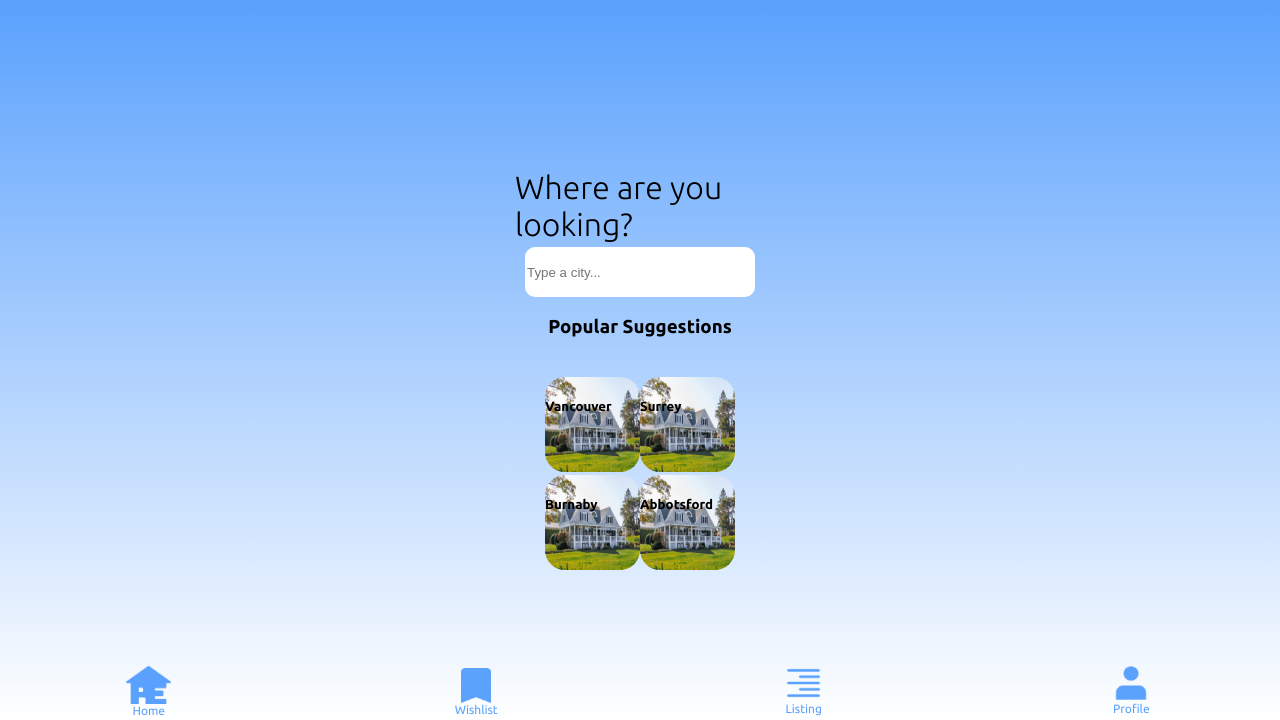
Repository: msyukurrr/realeasy
Page: /listing
The author's editor kept a copy of each file at every save. The page is drawn from the files as they stood at one save, then again after the next save.
The browser window is 1280 px wide. The pictures show the whole page.
The project was rebuilt for these pictures with package versions that can differ from the ones it lists, and the page was loaded fresh each time. The framework's server and built-in components were replaced by stand-ins that run in the browser. Also part of the build but not shown: next.config.js, components/Button.js.

Above is the page before, as saved 2023-01-27 20:38:39.

### pages/listing.js
import Heading from "../components/Heading";
import NavBar from "../components/NavBar";
import styles from "../styles/Home.module.css"
import MainButton from "../components/Button.js";
import styled from "styled-components";



export default function Listing({

}){
    return(
        <><div className={styles.listing}>

        <Heading headingtxt="Where are you looking?"/>

        <input placeholder="Type a city..." style={{width:230, height:50, borderRadius:10, backgroundColor:"white", border:'transparent'}}></input>

        <h3>Popular Suggestions</h3>

    <div>

        <div style={{display:'flex', flexDirection:'row', paddingTop:20}}>
            <div>
                <h5 style={{display:'flex', position:'absolute'}}>Vancouver</h5>
                <img src="house.png" style={{width:95, height:95, borderRadius:20}}/>

            </div>

            <div>
                <h5 style={{display:'flex', position:'absolute'}}>Surrey</h5>
                <img src="house.png" style={{width:95, height:95, borderRadius:20}}/>

            </div>
        </div>

        <div style={{display:'flex', flexDirection:'row'}}>
            <div>
                <h5 style={{display:'flex', position:'absolute'}}>Burnaby</h5>
                <img src="house.png" style={{width:95, height:95, borderRadius:20}}/>

            </div>

            <div>
                <h5 style={{display:'flex', position:'absolute'}}>Abbotsford</h5>
                <img src="house.png" style={{width:95, height:95, borderRadius:20}}/>

            </div>
        </div>

    </div>






        </div>
        <NavBar></NavBar>

        </>
    )
}

### styles/globals.css
@import url('https://fonts.googleapis.com/css2?family=Ubuntu:ital,wght@0,300;0,400;0,500;0,700;1,300;1,400;1,500;1,700&display=swap');

html,
body {
  padding: 0;
  margin: 0;
  font-family: "Ubuntu", sans-serif;
  background-color: #E6EEF8;
}

a {
  color: inherit;
  text-decoration: none;
}

* {
  box-sizing: border-box;
}

@media (prefers-color-scheme: dark) {
  html {
    color-scheme: dark;
  }
  body {
    color: white;
    background: E6EEF8;
  }
}

### components/Heading.js
import styled from "styled-components";

const Container = styled.div`
display: flex;
margin-left: 50px;
width: 300px;
height: 100px;

`

const Word = styled.h1`

color: ${props=>props.color};
font-weight: ${props=>props.fontweight};
`

export default function Heading({
    h1="Recommended by people around you",
    fw="300",
    color="#5AA1FD",
    headingtxt="Recommended by people around you"
}){
    return<>
    <Container>
    <Word fontweight={fw}
    >{headingtxt}</Word>
    </Container>
    </>
}

### components/NavBar.js
import styled from "styled-components";
import Link from "next/link";

const NavBarCont = styled.div`
position: fixed;
bottom: 0;
width: 100%;
`
const NavCont = styled.nav`
display: flex;
justify-content: space-around;
width: 100%;
background-color: transparent;
height: 60px;
`
const HomeCont = styled.div`
width: 50px;
height: 50px;
display:flex;
flex-direction: column;
justify-content: center;
align-items: center;
margin-top: ${props=>props.margintop};
`
const WishlistCont = styled.div`
width: 50px;
height: 50px;
display:flex;
flex-direction: column;
justify-content: center;
align-items: center;
margin-left: 30px;
margin-top: ${props=>props.margintop};
margin-bottom: ${props=>props.marginbottom};
`
const ListingCont = styled.div`
width: 50px;

display:flex;
flex-direction: column;
justify-content: center;
align-items: center;
margin-left: 30px;
margin-top: ${props=>props.margintop};
`
const ProfileCont = styled.div`
display:flex;
margin-left: 30px;
margin-top: ${props=>props.margintop};
`

const Icon = styled.img`
display: flex;
justify-content: center;
height: ${props=>props.height};
width: ${props=>props.width};
display: flex;
`

const NavList = styled.span`
display: flex;
align-self: center;
color: #5AA1FD;
font-size: 12px;
`


export default function NavBar({
    mt="5px",
    mb=""
}){
    return <NavBarCont>
    <NavCont>
        <Link href="/">
            <HomeCont margintop="6px">
                <Icon src='./logo.png' height="45px" width="45px"/>
                <NavList>Home</NavList>
            </HomeCont>
        </Link>
        <Link href="/wishlist">
            <WishlistCont margintop="7px">
                <Icon src='./wishlist.png' height="35px" width="30px"></Icon>
                <NavList>Wishlist</NavList>
            </WishlistCont>
        </Link>
        <Link href="/listing">
            <ListingCont margintop="4px">
                <Icon src='./listing.png' height="38px" width="45px"></Icon>
                <NavList>Listing</NavList>
            </ListingCont>
        </Link>
        <Link href="/profile">
            <ListingCont margintop="4px">
                <Icon src='./user.png' height="38px" width="40px"></Icon>
                <NavList>Profile</NavList>
            </ListingCont>
        </Link>
    </NavCont>
    </NavBarCont>
}

### styles/Home.module.css
.container {
  padding: 0 2rem;
}

.main {
  min-height: 100vh;
  padding: 4rem 0;
  flex: 1;
  display: flex;
  flex-direction: column;
  justify-content: center;
  align-items: center;
}


.listing {
  min-height: 100vh;
  padding: 4rem 0;
  flex: 1;
  display: flex;
  flex-direction: column;
  justify-content: center;
  align-items: center;
  background-image: linear-gradient(#5AA1FD, white);
}

.footer {
  display: flex;
  flex: 1;
  padding: 2rem 0;
  border-top: 1px solid #eaeaea;
  justify-content: center;
  align-items: center;
}

.footer a {
  display: flex;
  justify-content: center;
  align-items: center;
  flex-grow: 1;
}

.title a {
  color: #0070f3;
  text-decoration: none;
}

.title a:hover,
.title a:focus,
.title a:active {
  text-decoration: underline;
}

.title {
  margin: 0;
  line-height: 1.15;
  font-size: 4rem;
}

.title,
.description {
  text-align: center;
}

.description {
  margin: 4rem 0;
  line-height: 1.5;
  font-size: 1.5rem;
}

.code {
  background: #fafafa;
  border-radius: 5px;
  padding: 0.75rem;
  font-size: 1.1rem;
  font-family: Menlo, Monaco, Lucida Console, Liberation Mono, DejaVu Sans Mono,
    Bitstream Vera Sans Mono, Courier New, monospace;
}

.grid {
  display: flex;
  align-items: center;
  justify-content: center;
  flex-wrap: wrap;
  max-width: 800px;
}

.card {
  margin: 1rem;
  padding: 1.5rem;
  text-align: left;
  color: inherit;
  text-decoration: none;
  border: 1px solid #eaeaea;
  border-radius: 10px;
  transition: color 0.15s ease, border-color 0.15s ease;
  max-width: 300px;
}

.card:hover,
.card:focus,
.card:active {
  color: #0070f3;
  border-color: #0070f3;
}

.card h2 {
  margin: 0 0 1rem 0;
  font-size: 1.5rem;
}

.card p {
  margin: 0;
  font-size: 1.25rem;
  line-height: 1.5;
}

.logo {
  height: 1em;
  margin-left: 0.5rem;
}

@media (max-width: 600px) {
  .grid {
    width: 100%;
    flex-direction: column;
  }
}

@media (prefers-color-scheme: dark) {
  .card,
  .footer {
    border-color: #222;
  }
  .code {
    background: #111;
  }
  .logo img {
    filter: invert(1);
  }
}

Loaded but not shown: pages/_app.js (common file)

After the next save:
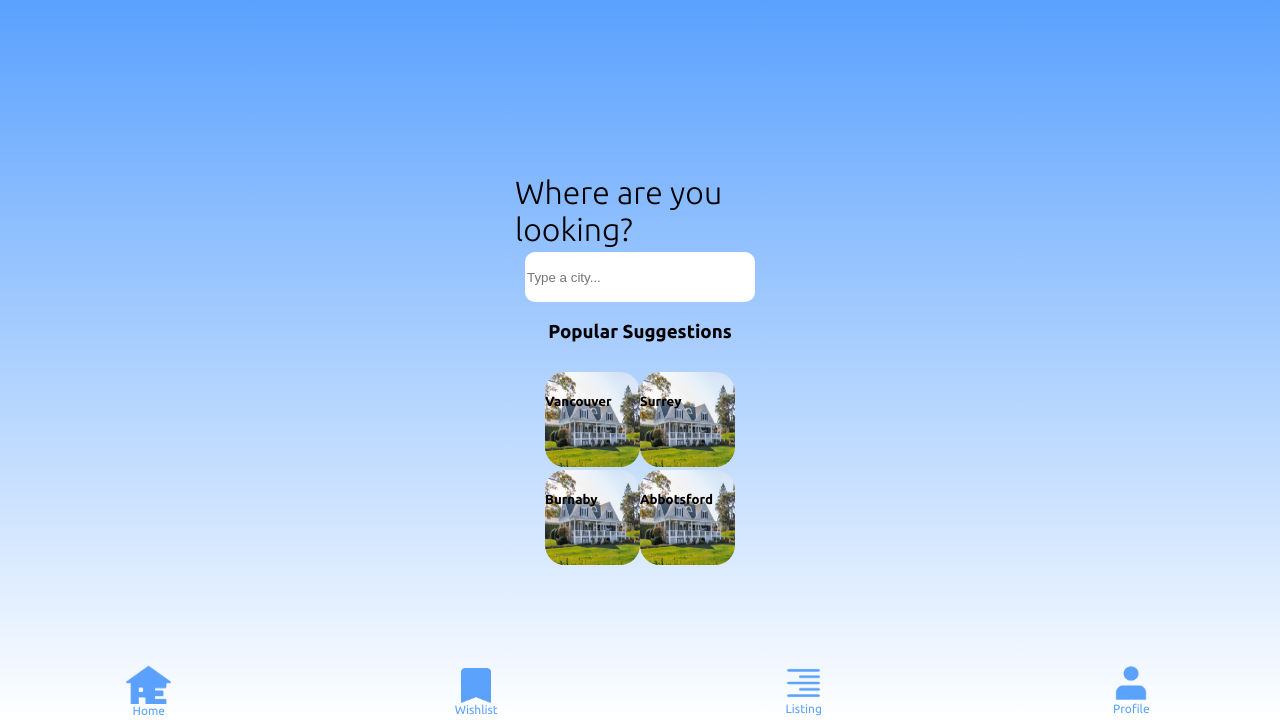
Saved 5 s later.
--- a/pages/listing.js
+++ b/pages/listing.js
@@ -20,7 +20,7 @@ export default function Listing({
 
     <div>
 
-        <div style={{display:'flex', flexDirection:'row', paddingTop:20}}>
+        <div style={{display:'flex', flexDirection:'row', paddingTop:10}}>
             <div>
                 <h5 style={{display:'flex', position:'absolute'}}>Vancouver</h5>
                 <img src="house.png" style={{width:95, height:95, borderRadius:20}}/>
